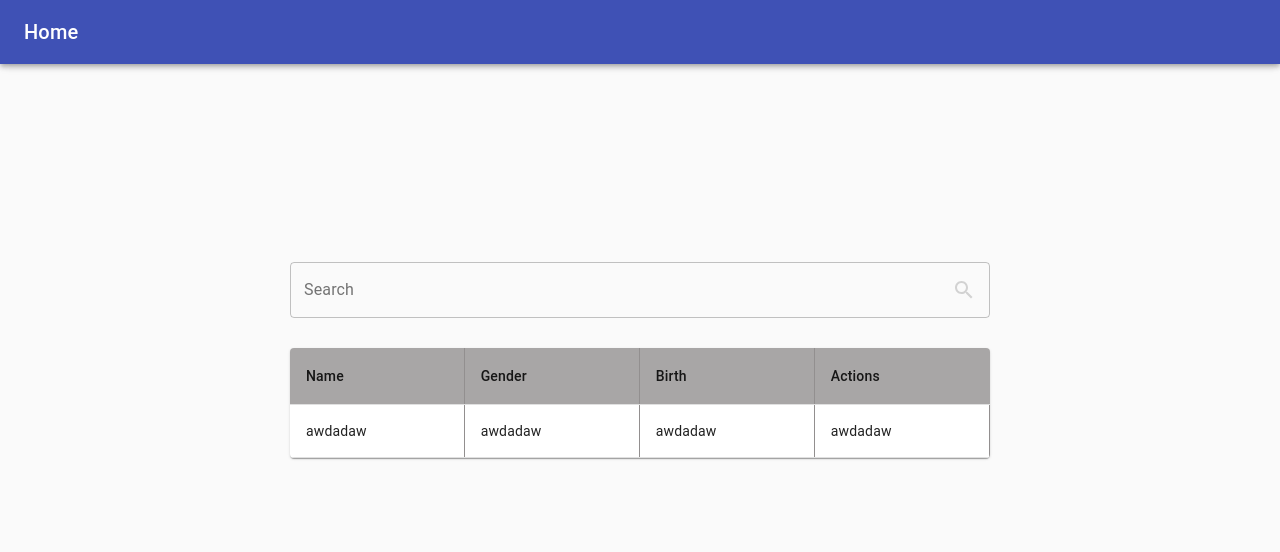
Repository: GabrielBrandaoProjetos/patient-manager
Page: /
An editor plug-in stored every save of this project. The page is shown before and after the next save, followed by the edit.
The browser window is 1280 px wide. The pictures show the whole page.
The project was rebuilt for these pictures with package versions that can differ from the ones it lists, and the page was loaded fresh each time.

Above is the page before, as saved 2021-09-14 13:49:05.

### public/index.html
<!DOCTYPE html>
<html lang="en">
  <head>
    <meta charset="utf-8" />
    <meta name="viewport" content="minimum-scale=1, width=device-width, initial-scale=1" />
    <meta name="theme-color" content="#000000" />

    <title>React App</title>
  </head>
  <body>
    <noscript>You need to enable JavaScript to run this app.</noscript>
    <div id="root"></div>
  </body>
</html>

### src/App.tsx
import React from 'react';
import { CssBaseline } from '@material-ui/core';
import { Home } from './pages/Home/Home';


function App() {
  return (
    <>
    <CssBaseline />
    <Home />
    </>
  );
}

export default App;

### src/pages/Home/Home.tsx
import React from 'react';
import { AppBar, FormControl, InputAdornment, InputLabel, OutlinedInput, Paper, Table, TableBody, TableCell, TableContainer, TableHead, TableRow, Toolbar, Typography } from '@material-ui/core';
import {Search} from '@material-ui/icons'
import { createStyles, makeStyles, Theme } from '@material-ui/core/styles';

const useStyles = makeStyles((theme: Theme) =>
  createStyles({
    root: {
      width: '100vw',
      height: '100vh',
      display: 'flex',
      flexDirection: 'column',
      alignItems: 'center',
      justifyContent: 'center',
    },
    title: {
      flexGrow: 1,
    },
    form: {
      maxWidth: 700,
      width: "100%",
    },
    outlinedInput: {

    },
    search: {
      color: "#d2d2d2",
    },
    tableContainer: {
      maxWidth: 700,
      width: "100%",

      marginTop: 30
    },
    table: {

    },
    row: {
      background: "#a8a6a6"
    },
    cell: {
      borderRight: "1px solid #928f8f"
    },
  }),
);

export const Home = () => {
  const classes = useStyles();
  return(
    <div className={classes.root}>
      <AppBar>
        <Toolbar>
          <Typography variant="h6" className={classes.title}>
            Home
          </Typography>
        </Toolbar>
      </AppBar>

      <FormControl className={classes.form} variant="outlined">
        <InputLabel htmlFor="outlined-adornment-search">Search</InputLabel>
        <OutlinedInput
          classes={{root: classes.outlinedInput}}
          id="outlined-adornment-search"
          type="search"
          // value={values.password}
          // onChange={handleChange('password')}
          endAdornment={
            <InputAdornment position="end">
              <Search className={classes.search}/>
            </InputAdornment>
          }
          labelWidth={70}
        />
      </FormControl>

      <TableContainer component={Paper} className={classes.tableContainer}>
        <Table className={classes.table} aria-label="simple table">
          <TableHead>
            <TableRow className={classes.row}>
              <TableCell className={classes.cell}>Name</TableCell>
              <TableCell className={classes.cell}>Gender</TableCell>
              <TableCell className={classes.cell}>Birth</TableCell>
              <TableCell>Actions</TableCell>
            </TableRow>
          </TableHead>
          <TableBody>
            <TableRow>
              <TableCell className={classes.cell}>awdadaw</TableCell>
              <TableCell className={classes.cell}>awdadaw</TableCell>
              <TableCell className={classes.cell}>awdadaw</TableCell>
              <TableCell className={classes.cell}>awdadaw</TableCell>

            </TableRow>
          </TableBody>
        </Table>

      </TableContainer>
    </div>
  )
}

Loaded but not shown: src/index.tsx (common file); src/reportWebVitals.ts (common file)

After the next save:
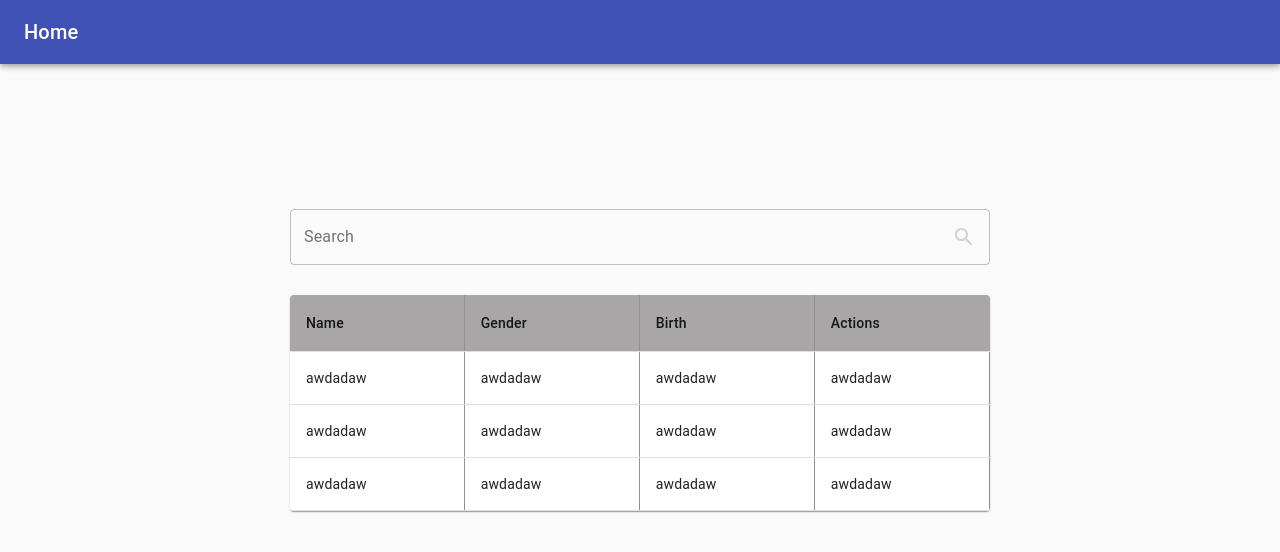
Saved 24 s later.
--- a/src/pages/Home/Home.tsx
+++ b/src/pages/Home/Home.tsx
@@ -89,7 +89,18 @@ export const Home = () => {
               <TableCell className={classes.cell}>awdadaw</TableCell>
               <TableCell className={classes.cell}>awdadaw</TableCell>
               <TableCell className={classes.cell}>awdadaw</TableCell>
-
+            </TableRow>
+            <TableRow>
+              <TableCell className={classes.cell}>awdadaw</TableCell>
+              <TableCell className={classes.cell}>awdadaw</TableCell>
+              <TableCell className={classes.cell}>awdadaw</TableCell>
+              <TableCell className={classes.cell}>awdadaw</TableCell>
+            </TableRow>
+            <TableRow>
+              <TableCell className={classes.cell}>awdadaw</TableCell>
+              <TableCell className={classes.cell}>awdadaw</TableCell>
+              <TableCell className={classes.cell}>awdadaw</TableCell>
+              <TableCell className={classes.cell}>awdadaw</TableCell>
             </TableRow>
           </TableBody>
         </Table>
